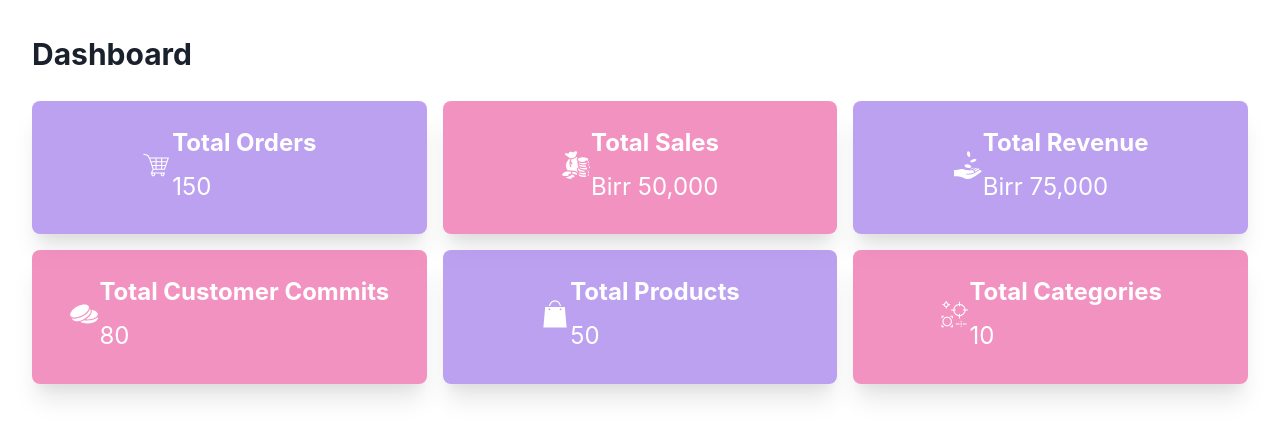
Repository: Andarg01/chakra-dashboard
Page: /
These files come from the project's save history. The page is drawn as it stood at one moment and after the next save; the edit follows.
The browser window is 1280 px wide. The pictures show the whole page.
The project was rebuilt for these pictures with package versions that can differ from the ones it lists, and the page was loaded fresh each time.

Above is the page before, as saved 2024-03-06 05:48:05.

After the next save:
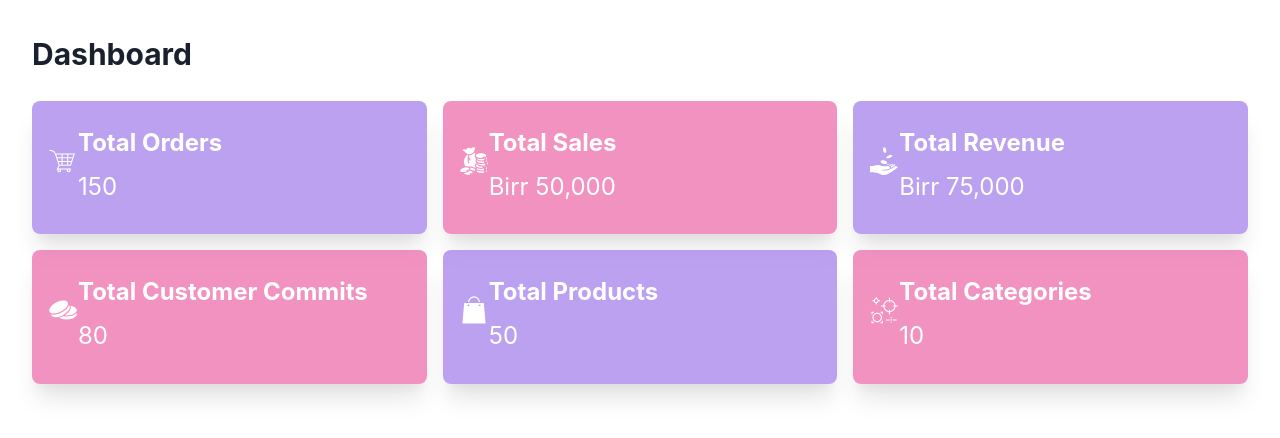
Saved 2 min 45 s later.
--- a/src/components/Dashboard.tsx
+++ b/src/components/Dashboard.tsx
@@ -33,7 +33,7 @@ const DashboardCard: React.FC<DashboardCardProps> = ({ title, value, index, isCu
 
   return (
     <Box
-      p="6"
+      p="4"
       borderRadius="lg"
       boxShadow="xl"
       textAlign="center"
@@ -42,10 +42,10 @@ const DashboardCard: React.FC<DashboardCardProps> = ({ title, value, index, isCu
       color="white"
       backgroundColor={backgroundColor}
     >
-      <Flex direction="row" align="center" justify="center">
-        <IconComponent size={30} mr="2" />
-        <Flex direction="column" align="flex-start">
-          <Text fontWeight="bold" mb="2">
+      <Flex direction="row" align="center">
+        <IconComponent size={30} mr="4" />
+        <Flex direction="column" align="flex-start" justify="center">
+          <Text fontWeight="bold" mb="2" mt="2">
             {title}
           </Text>
           <Text>{formattedValue}</Text>
